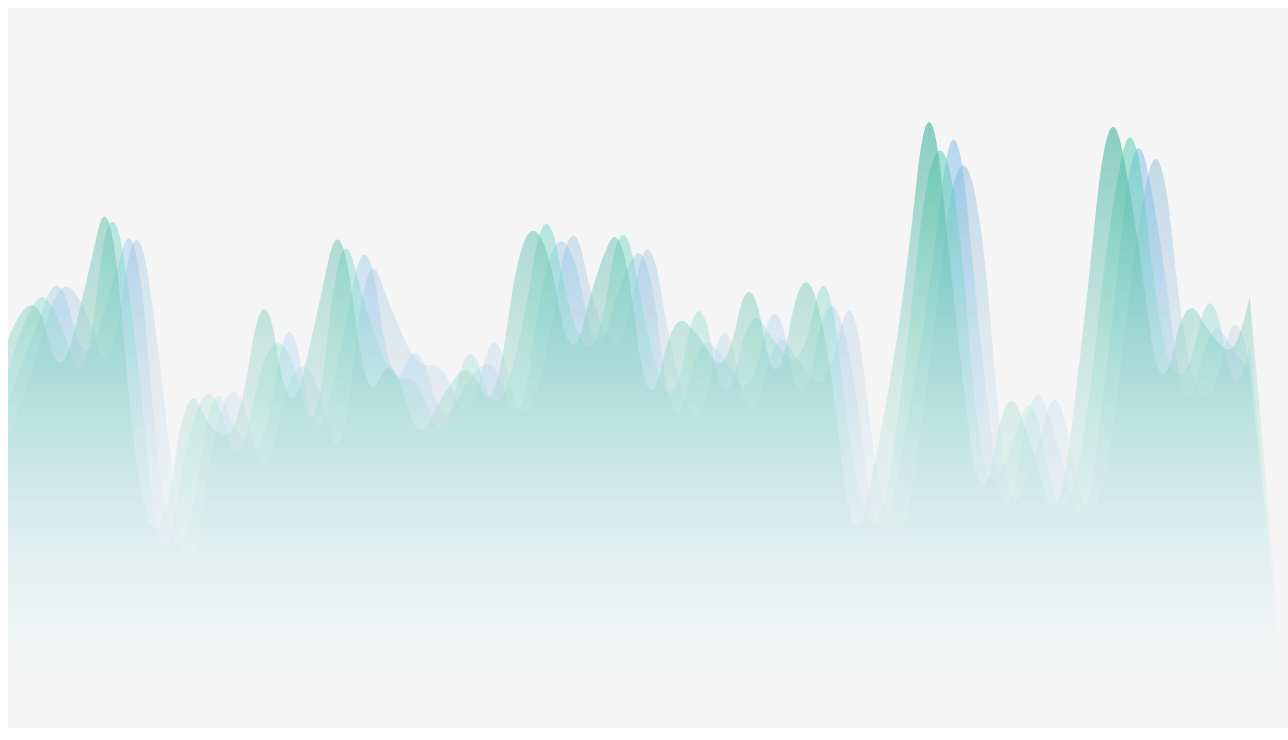
Repository: Pgz1975/GFY
Page: horizon.html
An editor plug-in stored every save of this project. The page is shown before and after the next save, followed by the edit.
The browser window is 1280 px wide. The page is 1288 px wide, so the pictures cover 1288 px, including what lies to the right of the window. The pictures show the whole page.

Above is the page before, as saved 2025-01-13 08:33:44.

### horizon.html
<!DOCTYPE html>
<html>
<head>
    <style>
        canvas {
            width: 100vw;
            height: 100vh;
            background: #f5f5f5;
        }
    </style>
</head>
<body>
    <canvas id="horizonCanvas"></canvas>
    <script>
        // Core canvas setup
        const canvas = document.getElementById('horizonCanvas');
        const ctx = canvas.getContext('2d');

        // Visual parameters - easily adjustable
        const params = {
            // Colors represent different layers of knowledge/exploration
            colors: [
                'rgba(41, 128, 185, 0.4)',  // Light blue - surface knowledge
                'rgba(52, 152, 219, 0.5)',  // Medium blue - deeper understanding
                'rgba(26, 188, 156, 0.6)',  // Teal - wisdom
                'rgba(22, 160, 133, 0.7)'   // Deep teal - profound insights
            ],

            // Motion and shape parameters
            layers: 4,                    // Number of overlapping horizons
            smoothness: 0.02,           // How smooth the curves are
            amplitude: 0.15,             // Height of the waves
            evolution: 0.002,           // Speed of change
            complexity: 20,               // Complexity of the patterns

            // Visual style
            lineWidth: 1,
            tension: 0.4,                // How "taught" the curves are
        };

        // Set up high-DPI canvas
        function setupCanvas() {
            const dpr = window.devicePixelRatio || 1;
            const rect = canvas.getBoundingClientRect();
            canvas.width = rect.width * dpr;
            canvas.height = rect.height * dpr;
            ctx.scale(dpr, dpr);
            canvas.style.width = `${rect.width}px`;
            canvas.style.height = `${rect.height}px`;
        }

        // Improved Perlin noise function for smooth natural movement
        function improvedNoise(x, y) {
            const X = Math.floor(x) & 255;
            const Y = Math.floor(y) & 255;
            x -= Math.floor(x);
            y -= Math.floor(y);

            // Smooth interpolation
            const u = fade(x);
            const v = fade(y);

            // Calculate gradients
            const a = p[X]+Y;
            const b = p[X+1]+Y;

            return lerp(
                lerp(grad(p[a], x, y), grad(p[b], x-1, y), u),
                lerp(grad(p[a+1], x, y-1), grad(p[b+1], x-1, y-1), u),
                v
            );
        }

        // Helper functions for noise generation
        function fade(t) { return t * t * t * (t * (t * 6 - 15) + 10); }
        function lerp(a, b, t) { return (1 - t) * a + t * b; }
        function grad(hash, x, y) {
            const h = hash & 15;
            const grad = 1 + (h & 7);
            return ((h & 8) ? -grad : grad) * x + ((h & 4) ? -grad : grad) * y;
        }

        // Generate permutation table for noise
        const p = new Array(512);
        for(let i = 0; i < 256; i++) p[i] = p[i + 256] = Math.floor(Math.random() * 256);

        // Draw a single horizon layer
        function drawHorizon(offset, color, time) {
            ctx.beginPath();
            ctx.moveTo(0, canvas.height * 0.6);

            // Generate points for the curve
            const points = [];
            for(let x = 0; x <= canvas.width; x += canvas.width/50) {
                const xPos = x / canvas.width;
                const yNoise = improvedNoise(
                    xPos * params.complexity + time * params.evolution,
                    offset
                ) * params.amplitude;

                points.push({
                    x: x,
                    y: canvas.height * (0.5 + yNoise)
                });
            }

            // Draw smooth curve through points
            ctx.beginPath();
            ctx.moveTo(points[0].x, points[0].y);

            for(let i = 1; i < points.length - 2; i++) {
                const xc = (points[i].x + points[i + 1].x) / 2;
                const yc = (points[i].y + points[i + 1].y) / 2;
                ctx.quadraticCurveTo(points[i].x, points[i].y, xc, yc);
            }

            // Connect to bottom
            ctx.lineTo(canvas.width, canvas.height);
            ctx.lineTo(0, canvas.height);
            ctx.closePath();

            // Fill with gradient
            const gradient = ctx.createLinearGradient(0, 0, 0, canvas.height);
            gradient.addColorStop(0, color);
            gradient.addColorStop(1, 'rgba(255, 255, 255, 0)');
            ctx.fillStyle = gradient;
            ctx.fill();
        }

        // Animation loop
        let time = 0;
        function animate() {
            ctx.clearRect(0, 0, canvas.width, canvas.height);

            // Draw each layer of the horizon
            for(let i = 0; i < params.layers; i++) {
                drawHorizon(
                    i * params.smoothness,
                    params.colors[i],
                    time + i * 100
                );
            }

            time += 1;
            requestAnimationFrame(animate);
        }

        // Initialize and start
        setupCanvas();
        window.addEventListener('resize', setupCanvas);
        animate();
    </script>
</body>
</html>

After the next save:
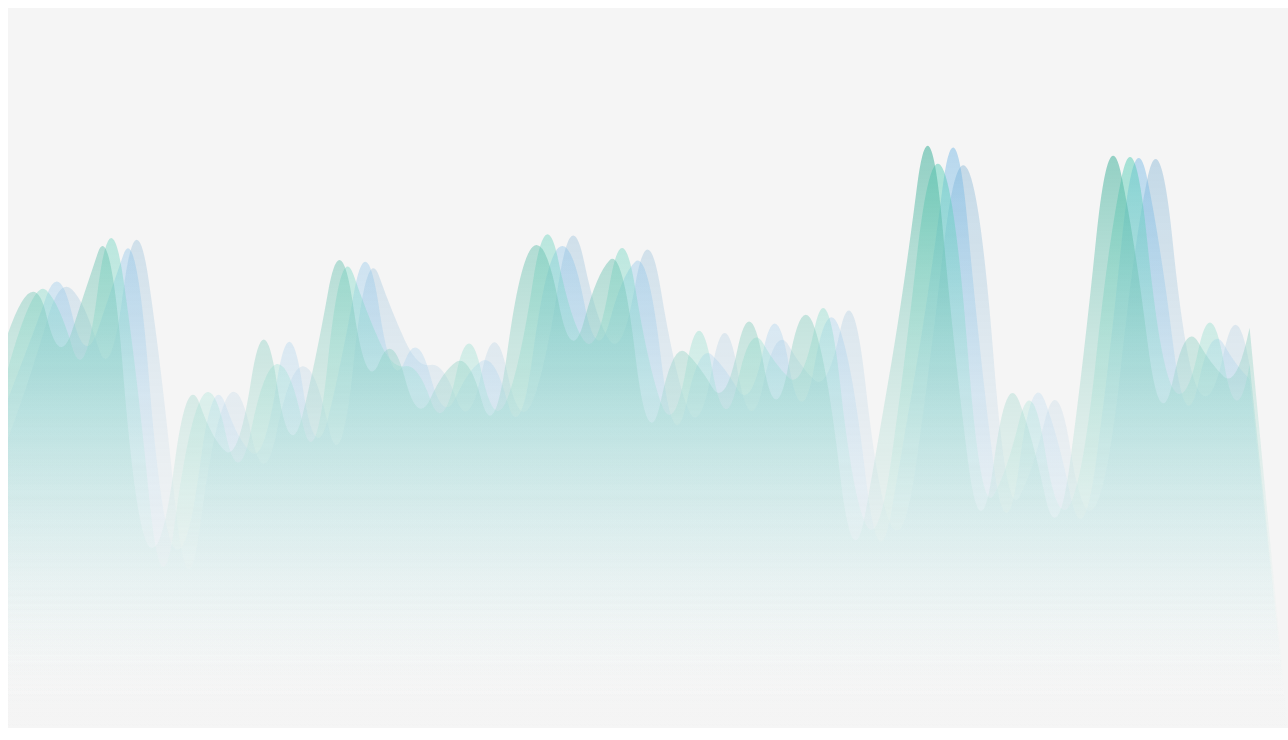
Saved 11 s later.
--- a/horizon.html
+++ b/horizon.html
@@ -28,7 +28,7 @@
 
             // Motion and shape parameters
             layers: 4,                    // Number of overlapping horizons
-            smoothness: 0.02,           // How smooth the curves are
+            smoothness: 0.002,           // How smooth the curves are
             amplitude: 0.15,             // Height of the waves
             evolution: 0.002,           // Speed of change
             complexity: 20,               // Complexity of the patterns
